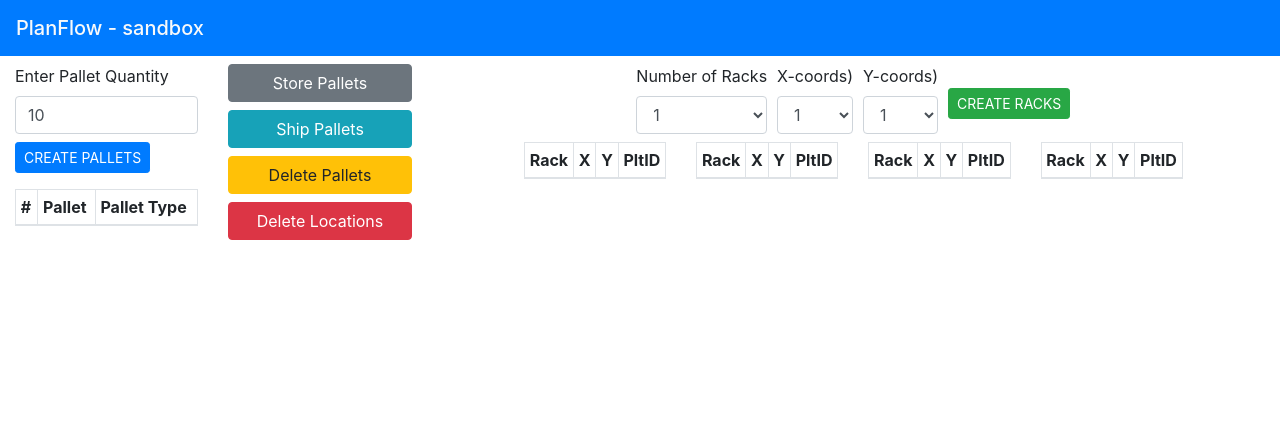
Repository: gholler76/planflow
Page: http://localhost/planflow/WEB-INF/home.jsp
An editor plug-in stored every save of this project. The page is shown before and after the next save, followed by the edit.
The browser window is 1280 px wide. The pictures show the whole page.
The page is served by Tomcat 9. Nobody is signed in. The template is opened directly, without the code that normally fills it, so the values that code supplies are empty.

Above is the page before, as saved 2021-05-28 13:53:51.

After the next save:
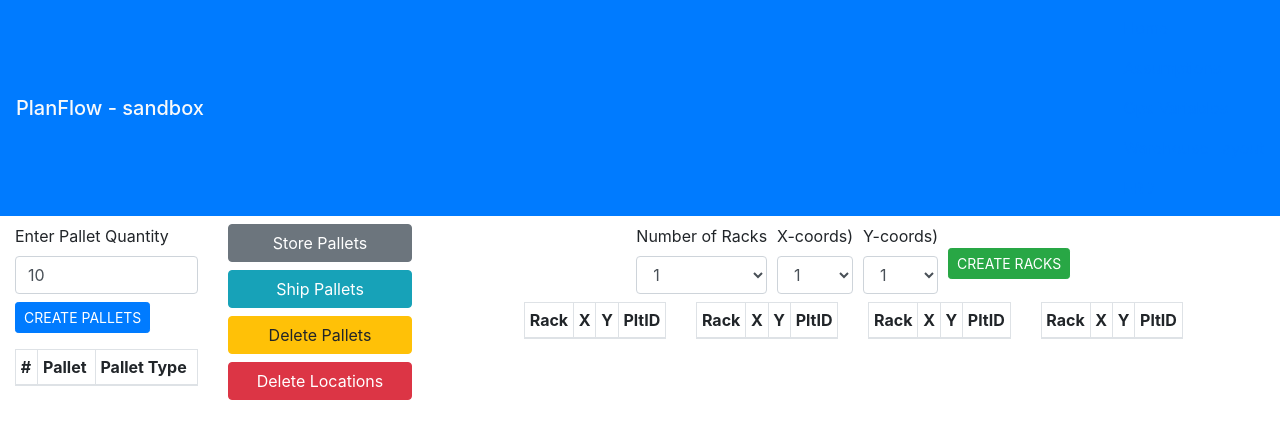
Saved 4 min 15 s later.
--- a/planflow/src/main/webapp/WEB-INF/home.jsp
+++ b/planflow/src/main/webapp/WEB-INF/home.jsp
@@ -16,7 +16,14 @@
 </head>
 <body>
 	<nav class="navbar text-light bg-primary">
-  		 <span class="navbar-brand mb-0 h1">PlanFlow - sandbox</span>
+		<span class="navbar-brand mb-0 h1">PlanFlow - sandbox</span>
+ 		<div class="navbar-nav">
+	      	<a class="nav-link active" href="#">Home <span class="sr-only">(current)</span></a>
+	      	<a class="nav-link" href="#">Assumptions</a>
+	      	<a class="nav-link" href="#">Ops Variables</a>
+	      	<a class="nav-link" href="#">Warehouse Layout</a>
+	      	<a class="nav-link" href="#">ERD</a>
+    	</div>
 	</nav>
 	<div class="container-fluid">
 		<div class="row justify-content-between">

After the save that followed:
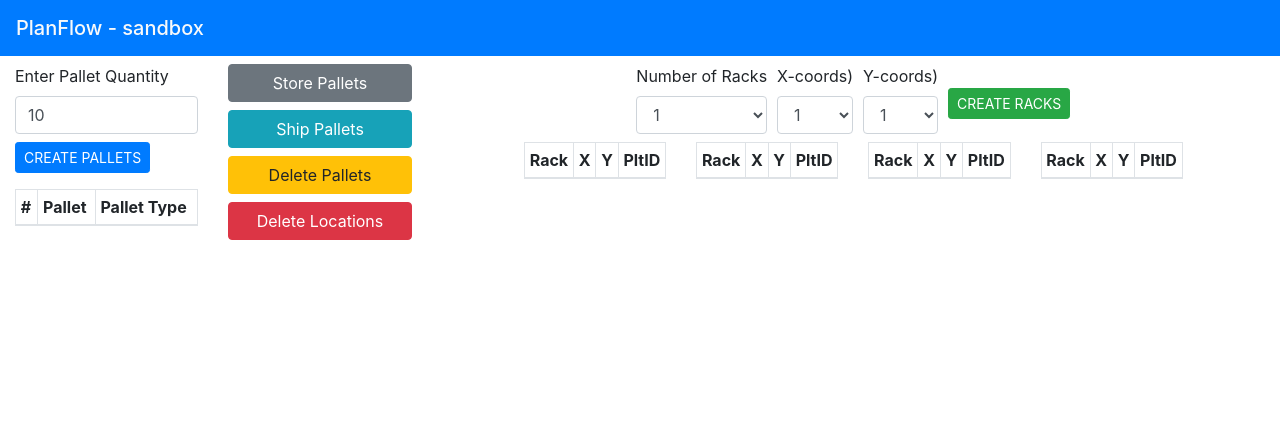
Saved 99 s later.
--- a/planflow/src/main/webapp/WEB-INF/home.jsp
+++ b/planflow/src/main/webapp/WEB-INF/home.jsp
@@ -17,12 +17,14 @@
 <body>
 	<nav class="navbar text-light bg-primary">
 		<span class="navbar-brand mb-0 h1">PlanFlow - sandbox</span>
- 		<div class="navbar-nav">
-	      	<a class="nav-link active" href="#">Home <span class="sr-only">(current)</span></a>
-	      	<a class="nav-link" href="#">Assumptions</a>
-	      	<a class="nav-link" href="#">Ops Variables</a>
-	      	<a class="nav-link" href="#">Warehouse Layout</a>
-	      	<a class="nav-link" href="#">ERD</a>
+ 		<div class="collapse navbar-collapse" id="navbarNavAltMarkup">
+ 			<div class="navbar-nav">
+		      	<a class="nav-link active" href="#">Home <span class="sr-only">(current)</span></a>
+		      	<a class="nav-link" href="#">Assumptions</a>
+		      	<a class="nav-link" href="#">Ops Variables</a>
+		      	<a class="nav-link" href="#">Warehouse Layout</a>
+		      	<a class="nav-link" href="#">ERD</a>
+	    	</div>
     	</div>
 	</nav>
 	<div class="container-fluid">
